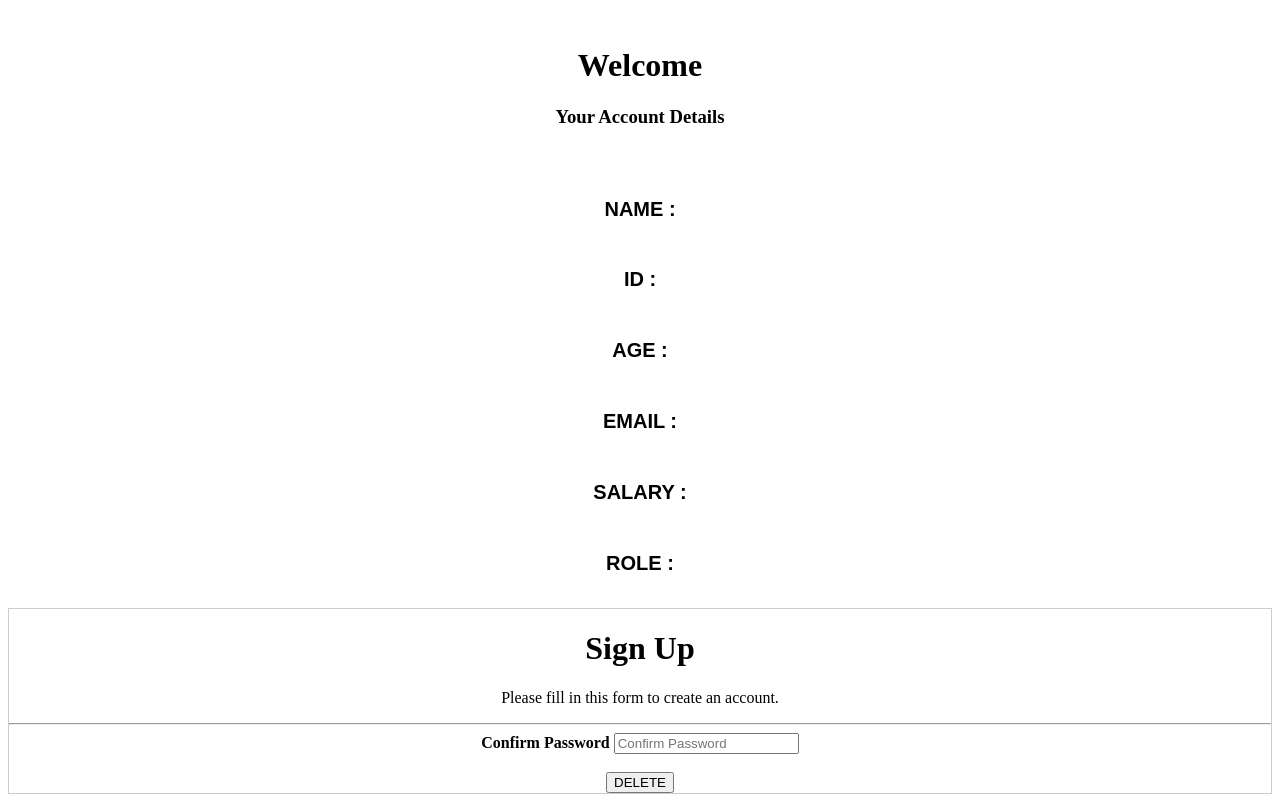
Repository: elizasharon/sprint-3-back-end
Page: http://localhost/SpringMVC2.0/WEB-INF/views/findById.jsp
The author's editor kept a copy of each file at every save. The page is drawn from the files as they stood at one save, then again after the next save.
The browser window is 1280 px wide. The pictures show the whole page.
The page is served by Tomcat 9. Nobody is signed in. The template is opened directly, without the code that normally fills it, so the values that code supplies are empty.

Above is the page before, as saved 2019-07-17 05:45:13.

After the next save:
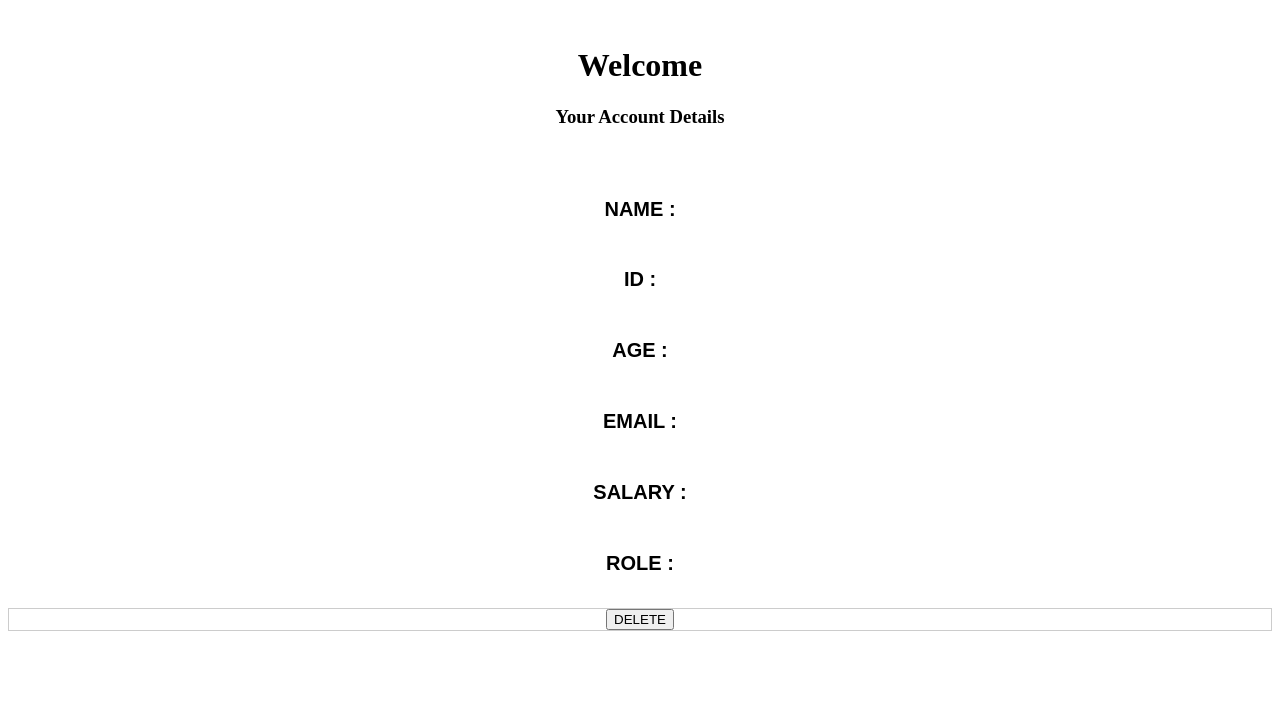
Saved 44 s later.
--- a/Java_Eclipse_Workspace/SpringMVC2.0/src/main/webapp/WEB-INF/views/findById.jsp
+++ b/Java_Eclipse_Workspace/SpringMVC2.0/src/main/webapp/WEB-INF/views/findById.jsp
@@ -41,13 +41,8 @@
 
 <form:form action="delete" method="post" style="border:1px solid #ccc">
   <div class="container">
-    <h1>Sign Up</h1>
-    <p>Please fill in this form to create an account.</p>
-    <hr>
 
-    <label for="password-repeat"><b>Confirm Password</b></label>
-    <input type="password" id="pwd2" placeholder="Confirm Password" name="password-repeat"  />
-    <br><br>
+    <form:input type="hidden" path="id" />
 
     <div class="clearfix">
       <button type="submit" class="signupbtn">DELETE</button>
